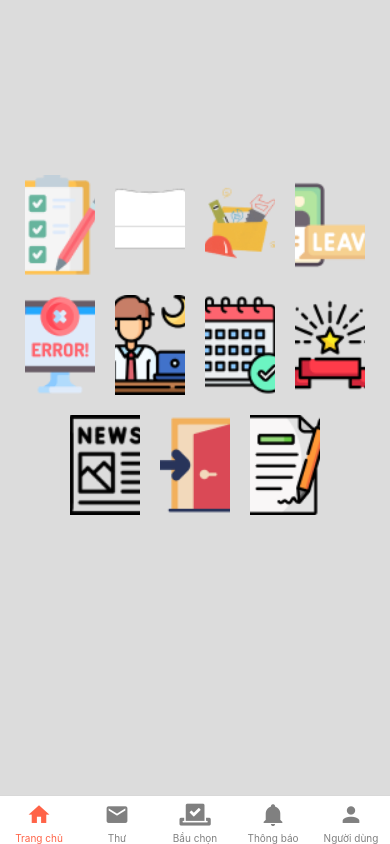
Repository: diepdung02/AppPTC
Page: /Home
The author's editor kept a copy of each file at every save. The page is drawn from the files as they stood at one save, then again after the next save.
The browser window is 390 px wide. The pictures show the whole page.
The page's requests for data from a server got no answer. The app was drawn by React Native's web renderer in a window 390 px wide. The project was rebuilt for these pictures with package versions that can differ from the ones it lists, and the page was loaded fresh each time. No one was signed in, and anything a server would have sent is missing. Also part of the build but not shown: screen/home/MailScreen.tsx, screen/home/NotificationScreen.tsx, screen/home/UserScreen.tsx, screen/home/VoteScreen.tsx.

Above is the page before, as saved 2024-06-30 15:23:13.

### App.tsx
// App.tsx

import React from 'react';
import { NavigationContainer } from '@react-navigation/native';
import { createStackNavigator } from '@react-navigation/stack';
import { LoginScreen, HomeScreen, NotificationScreen, UserScreen, MailScreen, VoteScreen } from './screen/index';
import { createBottomTabNavigator } from '@react-navigation/bottom-tabs';
import { MaterialCommunityIcons, FontAwesome5 } from '@expo/vector-icons'; // Sử dụng MaterialCommunityIcons từ expo/vector-icons

const Stack = createStackNavigator();
const Tab = createBottomTabNavigator();

const HomeTabNavigator: React.FC = () => {
  return (
    <Tab.Navigator
      initialRouteName="HomeTab"
      screenOptions={{
        tabBarActiveTintColor: 'tomato',
        tabBarInactiveTintColor: 'gray',
        tabBarStyle: { display: 'flex' },
      }}
    >
      <Tab.Screen
        name="HomeTab"
        component={HomeScreen}
        options={{
          headerShown: false,
          tabBarLabel: 'Trang chủ',
          tabBarIcon: ({ color, size }) => (
            <MaterialCommunityIcons name="home" color={color} size={size} />
          ),
        }}
      />

      <Tab.Screen
        name="Mail"
        component={MailScreen}
        options={{
          headerShown: false,
          tabBarLabel: 'Thư',
          tabBarIcon: ({ color, size }) => (
            <MaterialCommunityIcons name="email" color={color} size={size} />
          ),
        }}
      />

      <Tab.Screen
        name="Vote"
        component={VoteScreen}
        options={{
          headerShown: false,
          tabBarLabel: 'Bầu chọn',
          tabBarIcon: ({ color, size }) => (
            <FontAwesome5 name="vote-yea" color={color} size={size} />
          ),
        }}
      />

      <Tab.Screen
        name="Notifications"
        component={NotificationScreen}
        options={{
          headerShown: false,
          tabBarLabel: 'Thông báo',
          tabBarIcon: ({ color, size }) => (
            <MaterialCommunityIcons name="bell" color={color} size={size} />
          ),
        }}
      />
      <Tab.Screen
        name="User"
        component={UserScreen}
        options={{
          headerShown: false,
          tabBarLabel: 'Người dùng',
          tabBarIcon: ({ color, size }) => (
            <MaterialCommunityIcons name="account" color={color} size={size} />
          ),
        }}
      />
    </Tab.Navigator>
  );
}

const App: React.FC = () => {
  return (
    <NavigationContainer>
      <Stack.Navigator initialRouteName="Login">
        <Stack.Screen name="Login" component={LoginScreen} options={{ headerShown: false }} />
        <Stack.Screen name="Home" component={HomeTabNavigator} options={{ headerShown: false }} />
      </Stack.Navigator>
    </NavigationContainer>
  );
};

export default App;

### screen/index.tsx
import LoginScreen from './auth/LoginScreen';
import HomeScreen from './home/HomeScreen';
// screen/index.tsx

export { default as MailScreen } from './home/MailScreen';
export { default as NotificationScreen } from './home/NotificationScreen';
export { default as UserScreen } from './home/UserScreen';
export { default as VoteScreen } from './home/VoteScreen';


export{
    LoginScreen,
    HomeScreen,

}

### screen/auth/LoginScreen.tsx
// LoginScreen.tsx
import React, { useState, useEffect } from 'react';
import { View, TextInput, StyleSheet, TouchableOpacity, Text, Image } from 'react-native';
import { FontAwesome, MaterialIcons } from '@expo/vector-icons';
import { Formik } from 'formik';
import * as Yup from 'yup';
import AsyncStorage from '@react-native-async-storage/async-storage';
import COLORS from '../../constants/Color';
import { login, ApiResponse } from '../../API'; // Import API functions

type LoginProps = {
  navigation: any;
};

type FormValues = {
  username: string;
  password: string;
};

const LoginScreen: React.FC<LoginProps> = ({ navigation }) => {
  const [hidePassword, setHidePassword] = useState<boolean>(true);
  const [rememberPassword, setRememberPassword] = useState<boolean>(false);

  useEffect(() => {
    const checkRememberPassword = async () => {
      try {
        const savedPassword = await AsyncStorage.getItem('password');
        if (savedPassword) {
          setRememberPassword(true);
        }
      } catch (error) {
        console.error('Error reading password from AsyncStorage:', error);
      }
    };
    checkRememberPassword();
  }, []);

  const togglePasswordVisibility = () => {
    setHidePassword(!hidePassword);
  };

  const handleLogin = async (values: FormValues) => {
    try {
      const { username, password } = values;
      const response: ApiResponse<any> = await login({ username, password });
      if (response.success) {
        // Xử lý khi đăng nhập thành công
        alert('Đăng nhập thành công!');
        navigation.navigate('Home');
      } else {
        // Xử lý khi đăng nhập thất bại
        alert('Đăng nhập thất bại! ' + response.error);
      }
    } catch (error) {
      console.error('Error logging in:', error);
      alert('Đăng nhập thất bại! Vui lòng thử lại.');
    }
  };

  const validationSchema = Yup.object({
    username: Yup.string().required('Chưa nhập tên đăng nhập'),
    password: Yup.string().required('Chưa nhập mật khẩu'),
  });

  return (
    <Formik
      initialValues={{
        username: '',
        password: '',
      }}
      validationSchema={validationSchema}
      onSubmit={(values) => handleLogin(values)}
    >
      {({ values, touched, errors, handleChange, handleSubmit, handleBlur }) => (
        <View style={styles.container}>
          <Image source={require('../../assets/logo.png')} style={styles.logo} />
          <View style={styles.inputContainer}>
            <FontAwesome name="user" size={20} color="black" />
            <TextInput
              style={styles.textInput}
              placeholder="Username"
              value={values.username}
              onChangeText={handleChange('username')}
              onBlur={handleBlur('username')}
            />
          </View>
          {touched.username && errors.username && (
            <Text style={styles.errorText}>{errors.username}</Text>
          )}

          <View style={styles.inputContainer}>
            <FontAwesome name="lock" size={20} color="black" />
            <TextInput
              style={styles.textInput}
              placeholder="Password"
              secureTextEntry={hidePassword}
              value={values.password}
              onChangeText={handleChange('password')}
              onBlur={handleBlur('password')}
            />
            <TouchableOpacity onPress={togglePasswordVisibility}>
              <MaterialIcons
                name={hidePassword ? 'visibility-off' : 'visibility'}
                size={20}
                color="black"
              />
            </TouchableOpacity>
          </View>
          {touched.password && errors.password && (
            <Text style={styles.errorText}>{errors.password}</Text>
          )}

          <TouchableOpacity style={styles.loginButton} onPress={handleSubmit as any}>
            <Text style={styles.buttonText}>Login</Text>
          </TouchableOpacity>
          <TouchableOpacity onPress={() => navigation.navigate('ForgotPassword')}>
            <Text style={styles.forgotPasswordText}>Forgot Password?</Text>
          </TouchableOpacity>
        </View>
      )}
    </Formik>
  );
};

const styles = StyleSheet.create({
  container: {
    flex: 1,
    backgroundColor: COLORS.colorMain,
    alignItems: 'center',
    justifyContent: 'center',
  },
  logo: {
    width: 150,
    height: 150,
    marginBottom: 50,
  },
  inputContainer: {
    flexDirection: 'row',
    alignItems: 'center',
    backgroundColor: '#FFFFFF',
    borderRadius: 5,
    width: '80%',
    marginBottom: 20,
    padding: 10,
  },
  textInput: {
    flex: 1,
    marginLeft: 10,
  },
  loginButton: {
    backgroundColor: COLORS.blue,
    width: '80%',
    padding: 15,
    borderRadius: 5,
    alignItems: 'center',
  },
  buttonText: {
    color: 'white',
    fontSize: 16,
  },
  forgotPasswordText: {
    color: '#005A8C',
    marginTop: 20,
  },
  errorText: {
    color: 'red',
    fontSize: 12,
    marginBottom: 20,
  },
});

export default LoginScreen;

### screen/home/HomeScreen.tsx
import React, { useEffect, useState } from 'react';
import { View, Text, Image, StyleSheet, SafeAreaView, TouchableOpacity } from 'react-native';
import COLORS from '../../constants/Color';
import { ApiResponse, fetchUser } from '../../API'; // Điều chỉnh đường dẫn để phù hợp với cấu trúc tệp của bạn

const HomeScreen: React.FC = () => {
  const [userData, setUserData] = useState<any>({});

  useEffect(() => {
    const fetchUserData = async () => {
      const userId = '1'; // Thay thế với userId thực tế hoặc lấy động
      const response: ApiResponse<any> = await fetchUser(userId);
      if (response.success) {
        setUserData(response.data); // Giả định API trả về một đối tượng có các thuộc tính 'name' và 'dept'
      } else {
        console.error('Lỗi khi lấy dữ liệu người dùng:', response.error);
      }
    };

    fetchUserData();
  }, []);

  // Xử lý khi nhấn vào từng icon
  const handleIconPress = (iconName: string) => {
    // Viết xử lý khi nhấn vào từng icon ở đây
    console.log('Bạn đã nhấn vào icon:', iconName);
  };

  return (
    <SafeAreaView style={styles.container}>
      <View style={styles.inforContainer}>
        <Image source={{ uri: userData.avatar }} style={styles.avatar} />
        <View style={styles.txtInfor}>
          <Text style={styles.txtName}>{userData.name}</Text>
          <Text style={styles.txtDept}>{userData.dept}</Text>
        </View>
      </View>

      <View style={styles.iconContainer}>
        <TouchableOpacity onPress={() => handleIconPress('check')}>
          <Image source={require('../../assets/check .png')} style={styles.icon} />
        </TouchableOpacity>
        <TouchableOpacity onPress={() => handleIconPress('product')}>
          <Image source={require('../../assets/Product.png')} style={styles.icon} />
        </TouchableOpacity>
        <TouchableOpacity onPress={() => handleIconPress('output')}>
          <Image source={require('../../assets/Output.png')} style={styles.icon} />
        </TouchableOpacity>
        <TouchableOpacity onPress={() => handleIconPress('leave')}>
          <Image source={require('../../assets/leave 1.png')} style={styles.icon} />
        </TouchableOpacity>
        <TouchableOpacity onPress={() => handleIconPress('error')}>
          <Image source={require('../../assets/Error.png')} style={styles.icon} />
        </TouchableOpacity>
        <TouchableOpacity onPress={() => handleIconPress('error')}>
          <Image source={require('../../assets/ot request.png')} style={styles.icon} />
        </TouchableOpacity>
        <TouchableOpacity onPress={() => handleIconPress('group')}>
          <Image source={require('../../assets/Group 23.png')} style={styles.icon} />
        </TouchableOpacity>
        <TouchableOpacity onPress={() => handleIconPress('evaluate')}>
          <Image source={require('../../assets/evaluate.png')} style={styles.icon} />
        </TouchableOpacity>
        <TouchableOpacity onPress={() => handleIconPress('news')}>
          <Image source={require('../../assets/news.png')} style={styles.icon} />
        </TouchableOpacity>
        <TouchableOpacity onPress={() => handleIconPress('group12573')}>
          <Image source={require('../../assets/Group 12573.png')} style={styles.icon} />
        </TouchableOpacity>
        <TouchableOpacity onPress={() => handleIconPress('group12574')}>
          <Image source={require('../../assets/Group 12574.png')} style={styles.icon} />
        </TouchableOpacity>
      </View>
    </SafeAreaView>
  );
};

const styles = StyleSheet.create({
  container: {
    flex: 1,
    backgroundColor: COLORS.colorMain,
  },
  avatar: {
    width: 75,
    height: 75,
    marginTop: 70,
    marginLeft: 20,
  },
  inforContainer: {
    flexDirection: 'row',
    alignItems: 'center',
  },
  txtInfor: {
    marginTop: 70,
    paddingLeft: 10,
  },
  txtName: {
    fontSize: 20,
  },
  txtDept: {
    fontSize: 18,
  },
  iconContainer: {
    flexDirection: 'row',
    flexWrap: 'wrap',
    justifyContent: 'center',
    marginTop: 20,
  },
  icon: {
    width: 70,
    height: 100,
    margin: 10,
  },
});

export default HomeScreen;

### constants/Color.tsx
const COLORS = {
    colorMain:"#DCDCDC",
    blue: "#09648C"

  };
  export default COLORS;

### API.ts
// api.ts
export interface ApiResponse<T> {
  success: boolean;
  data?: T;
  error?: string;
}

export const fetchData = async (): Promise<ApiResponse<any>> => {
  try {
    const response = await fetch('https://668100b656c2c76b495d38a8.mockapi.io/PTC');
    if (!response.ok) {
      throw new Error('Network response was not ok');
    }
    const data = await response.json();
    return { success: true, data };
  } catch (error) {
    console.error('Error fetching data:', error);
    return { success: false, error: 'Error fetching data' };
  }
};

export interface LoginRequest {
  username: string;
  password: string;
}

export const login = async ({ username, password }: LoginRequest): Promise<ApiResponse<any>> => {
  try {
    const response = await fetch('https://668100b656c2c76b495d38a8.mockapi.io/PTC', {
      method: 'POST',
      headers: {
        'Content-Type': 'application/json',
      },
      body: JSON.stringify({ username, password }),
    });
    if (!response.ok) {
      throw new Error('Network response was not ok');
    }
    const data = await response.json();
    return { success: true, data };
  } catch (error) {
    console.error('Error logging in:', error);
    return { success: false, error: 'Error logging in' };
  }
};

export interface User {
  id: string;
  name: string;
  avatar: string;
  dept: string;
}

export const fetchUser = async (userId: string): Promise<ApiResponse<User>> => {
  try {
    const response = await fetch(`https://668100b656c2c76b495d38a8.mockapi.io/PTC/${userId}`);
    if (!response.ok) {
      throw new Error('Network response was not ok');
    }
    const data = await response.json();
    return { success: true, data };
  } catch (error) {
    console.error('Error fetching user data:', error);
    return { success: false, error: 'Error fetching user data' };
  }
};

After the next save:
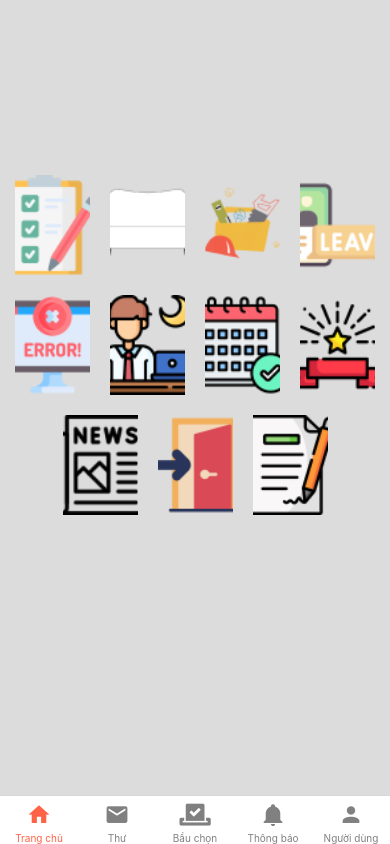
Saved 4 s later.
--- a/screen/home/HomeScreen.tsx
+++ b/screen/home/HomeScreen.tsx
@@ -107,7 +107,7 @@ const styles = StyleSheet.create({
     marginTop: 20,
   },
   icon: {
-    width: 70,
+    width: 75,
     height: 100,
     margin: 10,
   },
